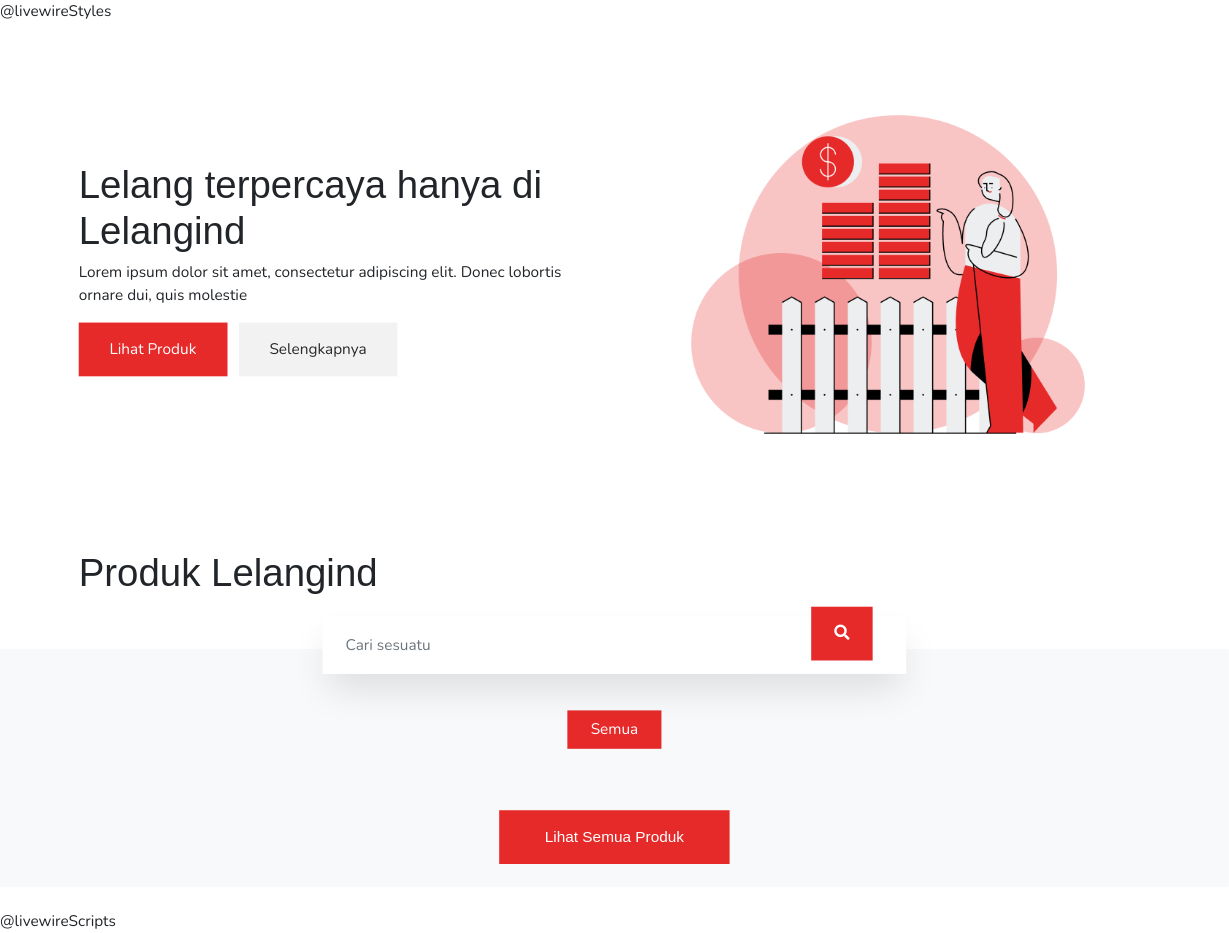
Repository: khulqu15/lelangyuk
Page: http://localhost/
The author's editor kept a copy of each file at every save. The page is drawn from the files as they stood at one save, then again after the next save.
The browser window is 1280 px wide. The pictures show the whole page, at 96% of full size.
Backgrounds fixed to the window are drawn as part of the page. Some web fonts or font styles are not loaded; a fallback is used. The page is served by the project's Laravel application, run on PHP 8.4 with Laravel 8. Queries for data that is not in the repository find no rows.

Above is the page before, as saved 2021-02-15 15:57:48.

After the next save:
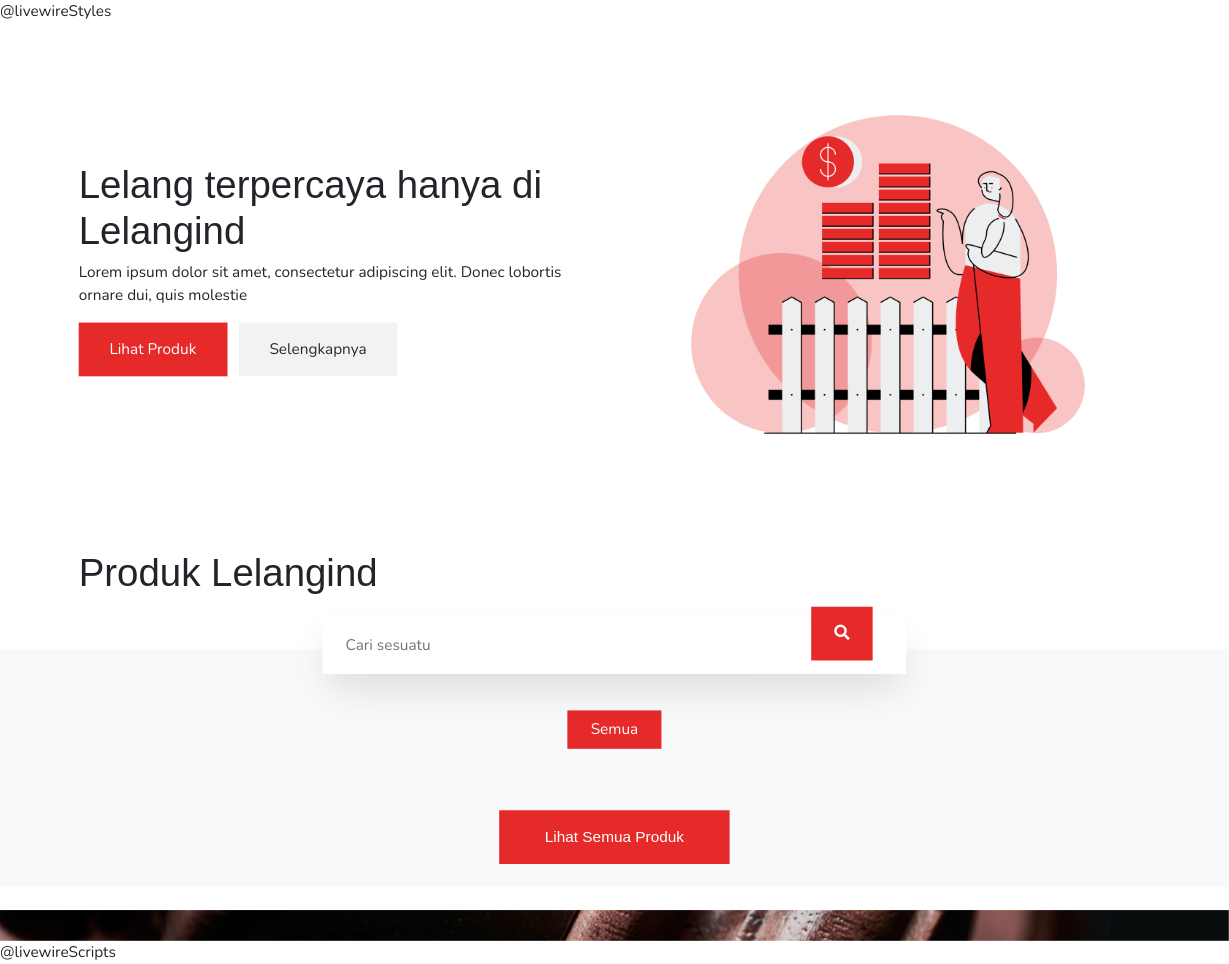
Saved 30 s later.
--- a/resources/views/welcome.blade.php
+++ b/resources/views/welcome.blade.php
@@ -88,8 +88,12 @@
     </div>
 </div>
 
-<div class="container-fluid bg-hammer-bottom">
+<div class="container-fluid py-3 bg-hammer-bottom">
+    <div class="row">
+        <div class="col-md-8 offset-md-2 text-center">
 
+        </div>
+    </div>
 </div>
 
 @endsection
